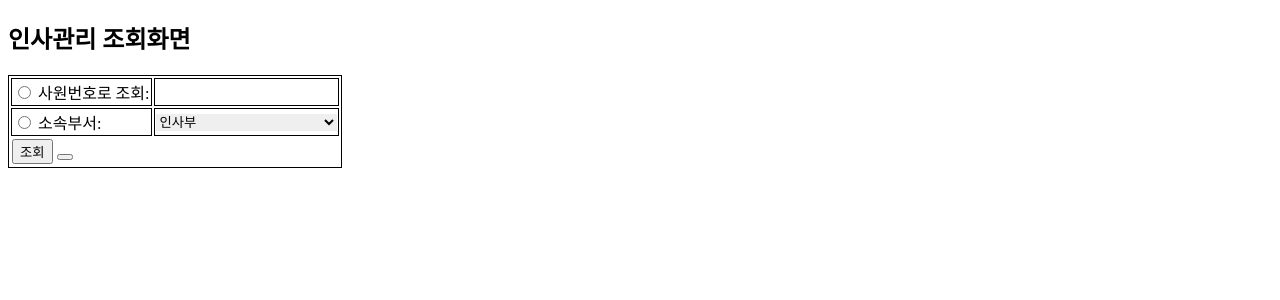
Repository: guguping/finalTestStudy
Page: http://localhost/test1/findMemberForm.jsp
These files come from the project's save history. The page is drawn as it stood at one moment and after the next save; the edit follows.
The browser window is 1280 px wide. The pictures show the whole page.
The page is served by Tomcat 9.

Above is the page before, as saved 2023-07-28 05:03:57.

After the next save:
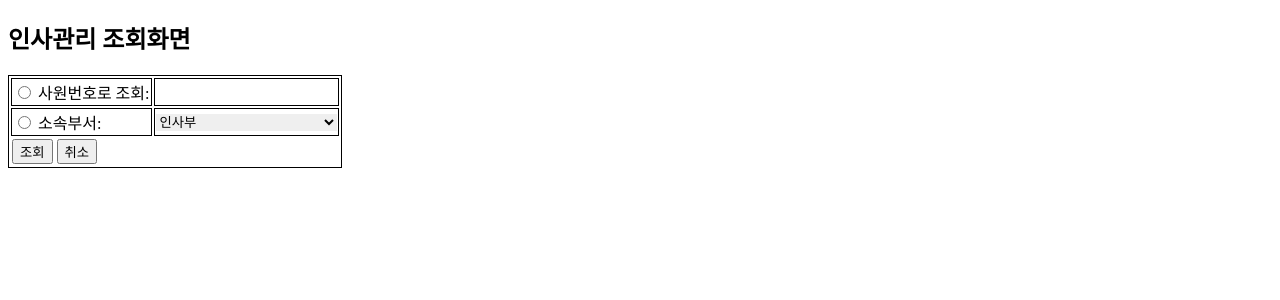
Saved 9 s later.
--- a/test1/src/main/webapp/findMemberForm.jsp
+++ b/test1/src/main/webapp/findMemberForm.jsp
@@ -53,7 +53,7 @@
 			<tr>
 				<td colspan="2" style = "border: unset;">
 					<button type="submit">조회</button>
-					<button type="button" onclick="index()" value="취소">
+					<button type="button" onclick="index()">취소</button>
 				</td>
 			</tr>
 		</table>
